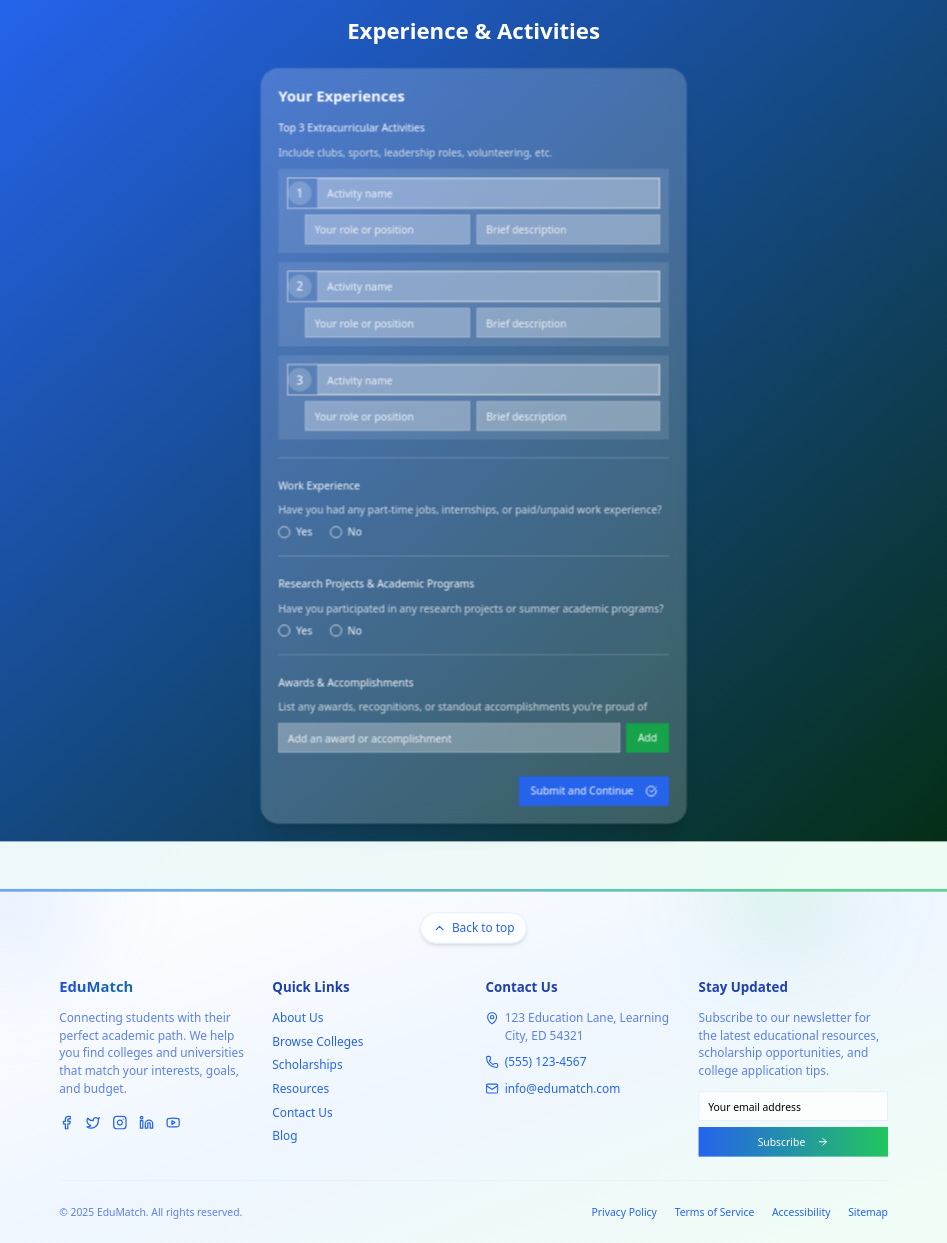
Repository: Kish202/EdTech
Page: /experience-activities
An editor plug-in stored every save of this project. The page is shown before and after the next save, followed by the edit.
The browser window is 1280 px wide. The pictures show the whole page, at 74% of full size.
The project was rebuilt for these pictures with package versions that can differ from the ones it lists, and the page was loaded fresh each time. Also part of the build but not shown: vite.config.js, src/components/sections/Navbar.jsx, src/components/registerforms/RegisterForm.jsx, src/components/sections/Hero.jsx, src/components/sections/Steps.jsx, src/components/ui/avatar.jsx, src/components/sections/Testmonials.jsx, src/components/ui/select.jsx and 12 more.

Above is the page before, as saved 2025-04-18 19:04:45.

After the next save:
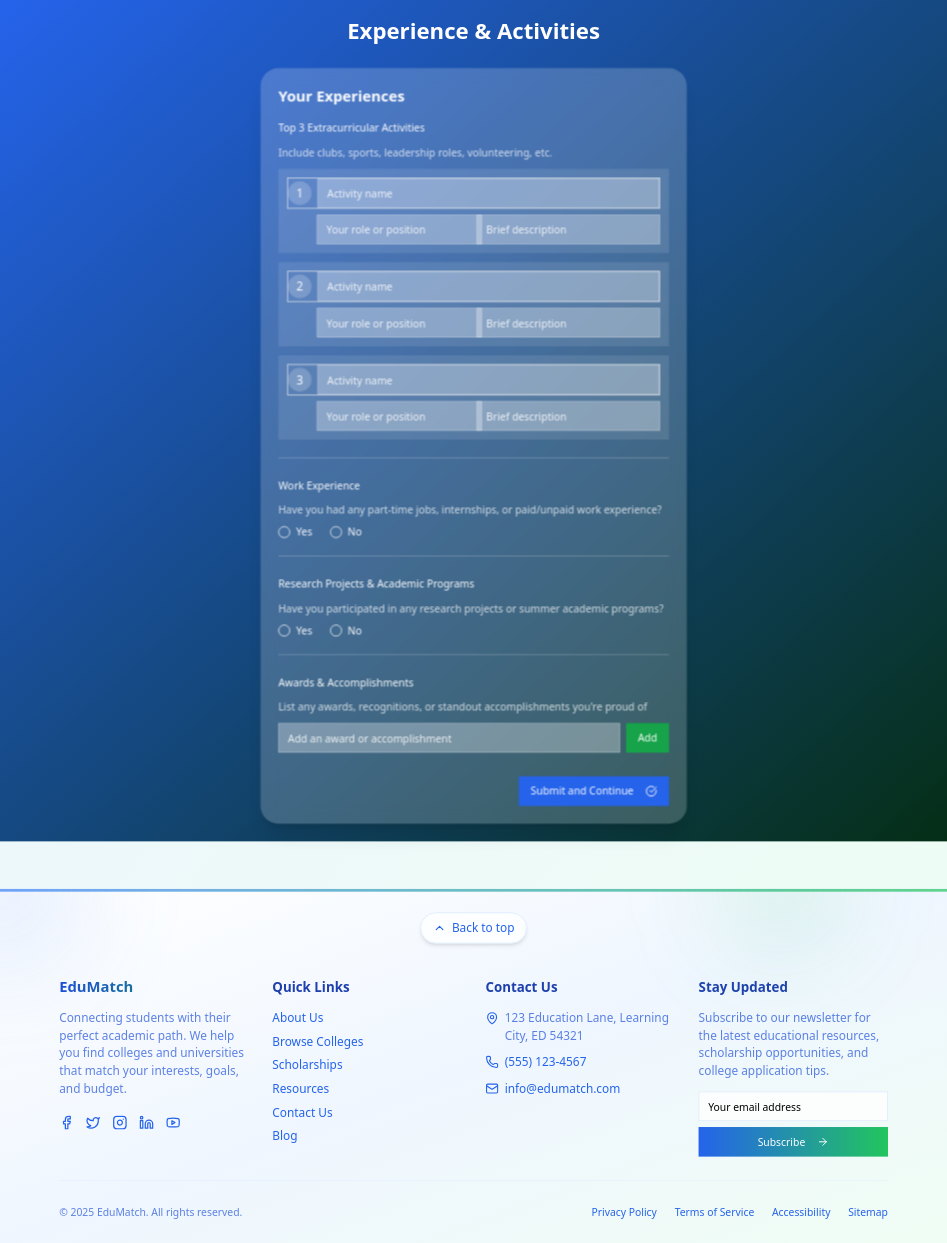
Saved 5 s later.
--- a/src/components/registerforms/Form4.jsx
+++ b/src/components/registerforms/Form4.jsx
@@ -261,7 +261,7 @@ export default function ExperienceActivitiesCard() {
                     <Input
                       value={activity.role}
                       onChange={(e) => handleActivityChange(index, 'role', e.target.value)}
-                      className="bg-white/30 text-white placeholder:text-white/90 border-white/30 w-[90%] ml-6"
+                      className="bg-white/30 text-white placeholder:text-white/90 border-white/30 w-[90%] ml-10"
                       placeholder="Your role or position"
                     />
                     <Input
